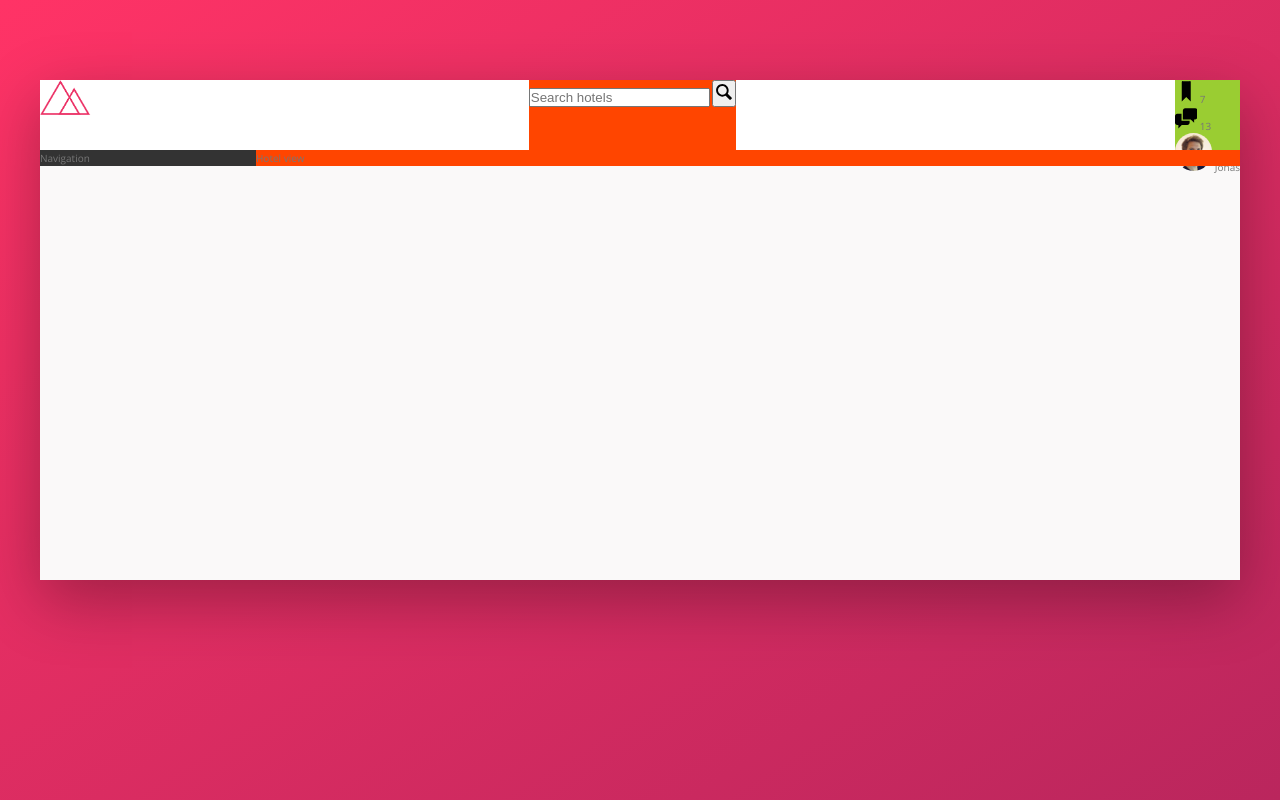
Repository: MalgorzataMazur/Trillo
Page: index.html
The author's editor kept a copy of each file at every save. The page is drawn from the files as they stood at one save, then again after the next save.
The browser window is 1280 px wide. The pictures show the whole page.
The style sheet was rebuilt from its Sass, Less or Tailwind sources for each picture, by a compiler version that may differ from the author's.

Above is the page before, as saved 2020-03-26 11:33:53.

After the next save:
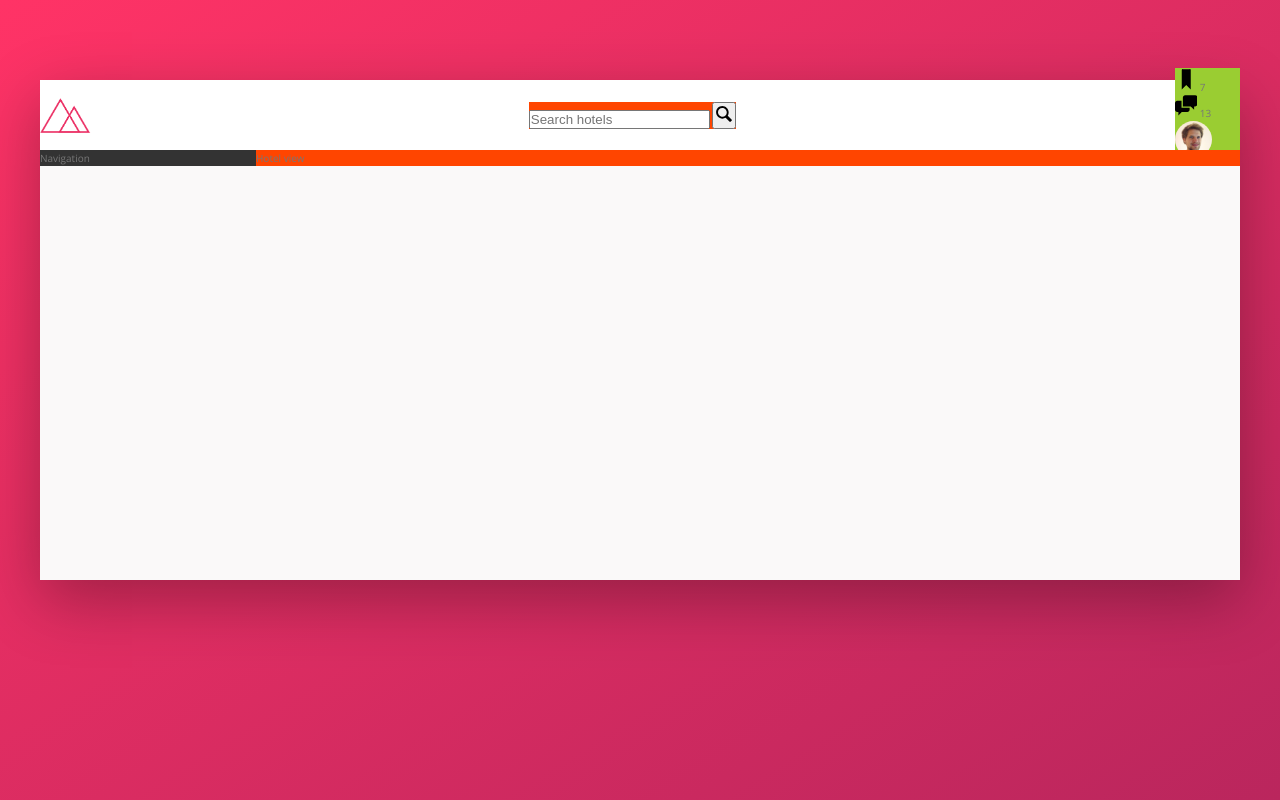
Saved 3 min 15 s later.
--- a/sass/_layout.scss
+++ b/sass/_layout.scss
@@ -13,7 +13,8 @@
     border-bottom: var(--color-grey-light-2);
 
     display: flex; //cause it is parent element
-    justify-content: space-between;
+    justify-content: space-between; // divide empty space between 3 elements
+    align-items: center;
 }
 
 .content {
